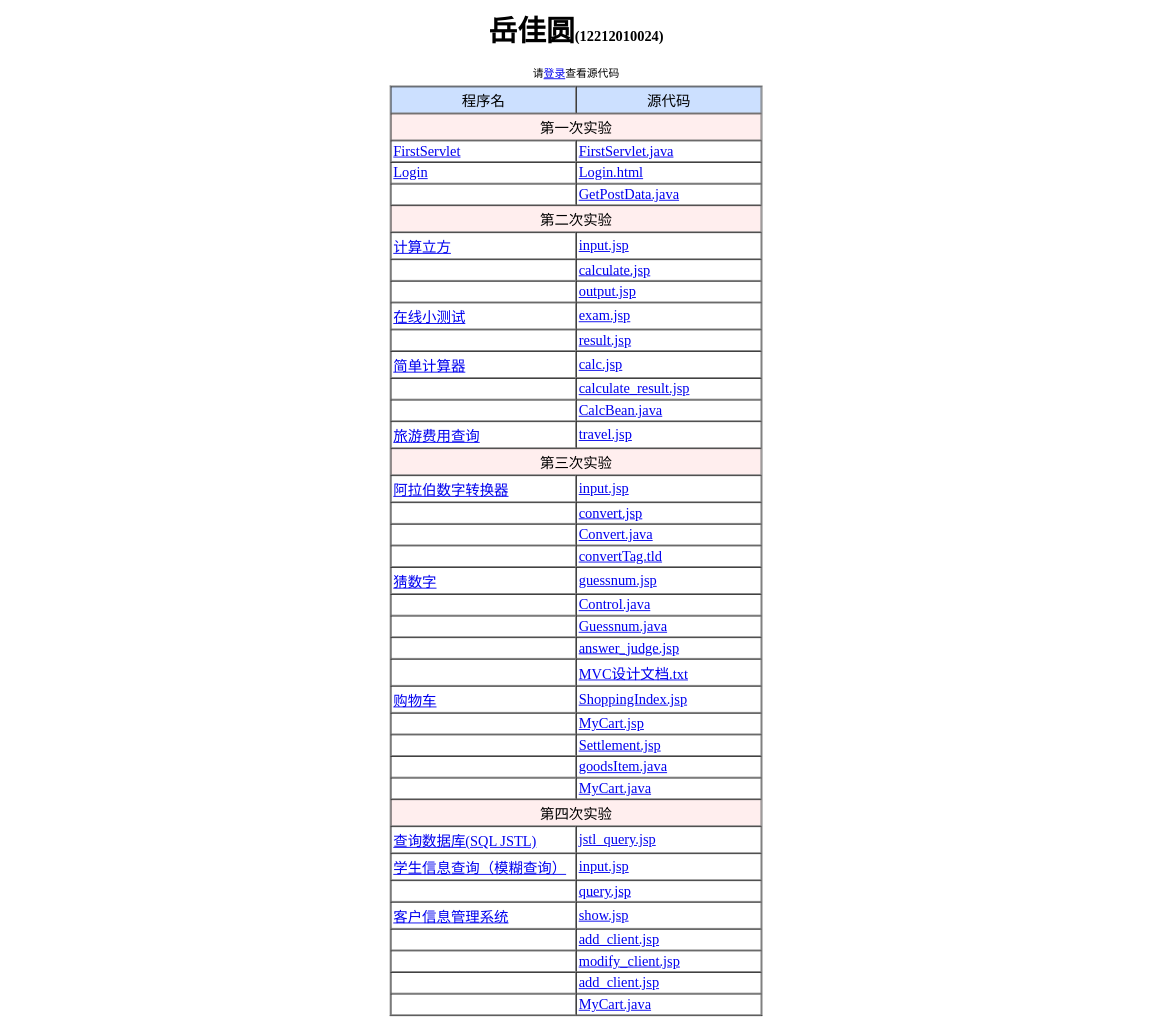
Repository: phjy007/javaee_hw
Page: http://localhost/javaweb/
The author's editor kept a copy of each file at every save. The page is drawn from the files as they stood at one save, then again after the next save.
The browser window is 1280 px wide. The pictures show the whole page, at 90% of full size.
The page is served by Tomcat 9. Other server files are loaded and not shown.

Above is the page before, as saved 2012-12-28 00:28:44.

### javaweb/WebRoot/index.jsp
<%@ page language="java" import="java.util.*" pageEncoding="GB2312"%>
<%
String path = request.getContextPath();
String basePath = request.getScheme()+"://"+request.getServerName()+":"+request.getServerPort()+path+"/";
%>

<!DOCTYPE HTML PUBLIC "-//W3C//DTD HTML 4.01 Transitional//EN">
<html>
  <head>
    <base href="<%=basePath%>">

    <title>首页：岳佳圆12212010024</title>
	<meta http-equiv="pragma" content="no-cache">
	<meta http-equiv="cache-control" content="no-cache">
	<meta http-equiv="expires" content="0">
	<meta http-equiv="keywords" content="keyword1,keyword2,keyword3">
	<meta http-equiv="description" content="This is my page">
	<!--
	<link rel="stylesheet" type="text/css" href="styles.css">
	-->
	<style type="text/css">
		.wrapper {
			width:250px;
			//border: 1px solid;
		}
		.exp_tilte {
			//text-align:left;
			color: #0066FF;
			font-size: 22px;
		}
		.source_title {
		text-align:left;
			color:  #1A94E6;
			font-size: 18px;
		}
	</style>
  </head>

  <body>
    <CENTER><FONT SIZE="6"><B>岳佳圆</B></FONT><FONT SIZE="3"><B>(12212010024)</B></FONT></CENTER><br>
  	<%
  		String username = (String)session.getAttribute("username");
  		if("jw1201024".equals(username)) {
  	%>
  	<div class="login_logout" align="center" style="font-size:12px; margin-bottom:5px;">
  		您已登录，按这里<a href="./logout.jsp">退出</a>
  	</div>

  	<%
  		} else {
  	%>
  	<div class="login_logout" align="center" style="font-size:12px; margin-bottom:5px;">
  		请<a href="./login.jsp">登录</a>查看源代码
  	</div>
  	<%
  	    }
  	%>
  	<form method=post action="">
	<table align="center" border="1" bordercolorlight="#ccaaff" cellpadding="2" bordercolordark="#ffffff" cellspacing="0">
	<tr bgcolor="#CCE0FF"><td align="center" width="200px">程序名</td><td align="center" width="200px">源代码</td></tr>
	<tr><td class="cap" colspan="2"  align="center" style="background-color:#FFEEEE">第一次实验</td></tr>
	<tr>
		<td><a href="./lab01/first">FirstServlet</a></td>
		<td><a href="./ReadScode?lab=lab01&file=FirstServlet.java">FirstServlet.java</a></td>
	</tr>
	<tr>
		<td><a href="./lab01/login.html">Login</a></td>
		<td><a href="./ReadScode?lab=lab01&file=login.html">Login.html</a></td>
	</tr>
	<tr><td>&nbsp;</td>
		<td><a href="./ReadScode?lab=lab01&file=GetPostData.java">GetPostData.java</a></td>
	</tr>
	<tr><td class="cap" colspan="2" align="center" style="background-color:#FFEEEE">第二次实验</td></tr>
	<tr>
		<td><a href="./lab02/input.jsp">计算立方</a></td>
		<td><a href="./ReadScode?lab=lab02&file=input.jsp">input.jsp</a></td>
	</tr>
	<tr><td>&nbsp;</td>
		<td><a href="./ReadScode?lab=lab02&file=calculate.jsp">calculate.jsp</a></td>
	</tr>
	<tr><td>&nbsp;</td>
		<td><a href="./ReadScode?lab=lab02&file=output.jsp">output.jsp</a></td>
	</tr>
	<tr>
		<td><a href="./lab02/exam.jsp">在线小测试</a></td>
		<td><a href="./ReadScode?lab=lab02&file=exam.jsp">exam.jsp</a></td>
	</tr>
	<tr><td>&nbsp;</td>
		<td><a href="./ReadScode?lab=lab02&file=result.jsp">result.jsp</a></td>
	</tr>
	<tr>
		<td><a href="./lab02/calc.jsp">简单计算器</a></td>
		<td><a href="./ReadScode?lab=lab02&file=calc.jsp">calc.jsp</a></td>
	</tr>
	<tr><td>&nbsp;</td>
		<td><a href="./ReadScode?lab=lab02&file=calculate_result.jsp">calculate_result.jsp</a></td>
	</tr>
	<tr><td>&nbsp;</td>
		<td><a href="./ReadScode?lab=lab02&file=CalcBean.java">CalcBean.java</a></td>
	</tr>
	<tr>
		<td><a href="./lab02/travel.jsp">旅游费用查询</a></td>
		<td><a href="./ReadScode?lab=lab02&file=travel.jsp">travel.jsp</a></td>
	</tr>

	<tr><td class="cap" colspan="2" align="center" style="background-color:#FFEEEE">第三次实验</td></tr>
	<tr>
		<td><a href="./lab03/input.jsp">阿拉伯数字转换器</a></td>
		<td><a href="./ReadScode?lab=lab03&file=input.jsp">input.jsp</a></td>
	</tr>
	<tr><td>&nbsp;</td>
		<td><a href="./ReadScode?lab=lab03&file=convert.jsp">convert.jsp</a></td>
	</tr>
	<tr><td>&nbsp;</td>
		<td><a href="./ReadScode?lab=lab03&file=Convert.java">Convert.java</a></td>
	</tr>
	<tr><td>&nbsp;</td>
		<td><a href="./ReadScode?lab=lab03&file=convertTag.tld">convertTag.tld</a></td>
	</tr>
	<tr>
		<td><a href="./lab03/guessnum.jsp">猜数字</a></td>
		<td><a href="./ReadScode?lab=lab03&file=guessnum.jsp">guessnum.jsp</a></td>
	</tr>
	<tr><td>&nbsp;</td>
		<td><a href="./ReadScode?lab=lab03&file=Control.java">Control.java</a></td>
	</tr>
	<tr><td>&nbsp;</td>
		<td><a href="./ReadScode?lab=lab03&file=Guessnum.java">Guessnum.java</a></td>
	</tr>
	<tr><td>&nbsp;</td>
		<td><a href="./ReadScode?lab=lab03&file=answer_judge.jsp">answer_judge.jsp</a></td>
	</tr>
	<tr><td>&nbsp;</td>
		<td><a href="./ReadScode?lab=lab03&file=MVC Design Report.txt">MVC设计文档.txt</a></td>
	</tr>

	<tr>
		<td><a href="./lab03/ShoppingIndex.jsp">购物车</a></td>
		<td><a href="./ReadScode?lab=lab03&file=ShoppingIndex.jsp">ShoppingIndex.jsp</a></td>
	</tr>
	<tr><td>&nbsp;</td>
		<td><a href="./ReadScode?lab=lab03&file=MyCart.jsp">MyCart.jsp</a></td>
	</tr>
	<tr><td>&nbsp;</td>
		<td><a href="./ReadScode?lab=lab03&file=Settlement.jsp">Settlement.jsp</a></td>
	</tr>
	<tr><td>&nbsp;</td>
		<td><a href="./ReadScode?lab=lab03&file=goodsItem.java">goodsItem.java</a></td>
	</tr>
	<tr><td>&nbsp;</td>
		<td><a href="./ReadScode?lab=lab03&file=MyCart.java">MyCart.java</a></td>
	</tr>


	<tr><td class="cap" colspan="2" align="center" style="background-color:#FFEEEE">第四次实验</td></tr>
	<tr>
		<td><a href="./lab04/jstl_query.jsp">查询数据库(SQL JSTL)</a></td>
		<td><a href="./ReadScode?lab=lab04&file=jstl_query.jsp">jstl_query.jsp</a></td>
	</tr>
	<tr>
		<td><a href="./lab04/input.jsp">学生信息查询（模糊查询）</a></td>
		<td><a href="./ReadScode?lab=lab04&file=input.jsp">input.jsp</a></td>
	</tr>
	<tr><td>&nbsp;</td>
		<td><a href="./ReadScode?lab=lab04&file=query.jsp">query.jsp</a></td>
	</tr>
	<tr>
		<td><a href="./lab04/show.jsp">客户信息管理系统</a></td>
		<td><a href="./ReadScode?lab=lab04&file=show.jsp">show.jsp</a></td>
	</tr>
	<tr><td>&nbsp;</td>
		<td><a href="./ReadScode?lab=lab04&file=add_client.jsp">add_client.jsp</a></td>
	</tr>
	<tr><td>&nbsp;</td>
		<td><a href="./ReadScode?lab=lab04&file=modify_client.jsp">modify_client.jsp</a></td>
	</tr>
	<tr><td>&nbsp;</td>
		<td><a href="./ReadScode?lab=lab04&file=add_client.jsp">add_client.jsp</a></td>
	</tr>
	<tr><td>&nbsp;</td>
		<td><a href="./ReadScode?lab=lab04&file=MyCart.java">MyCart.java</a></td>
	</tr>

	</table>
  </form>

  </body>
</html>

After the next save:
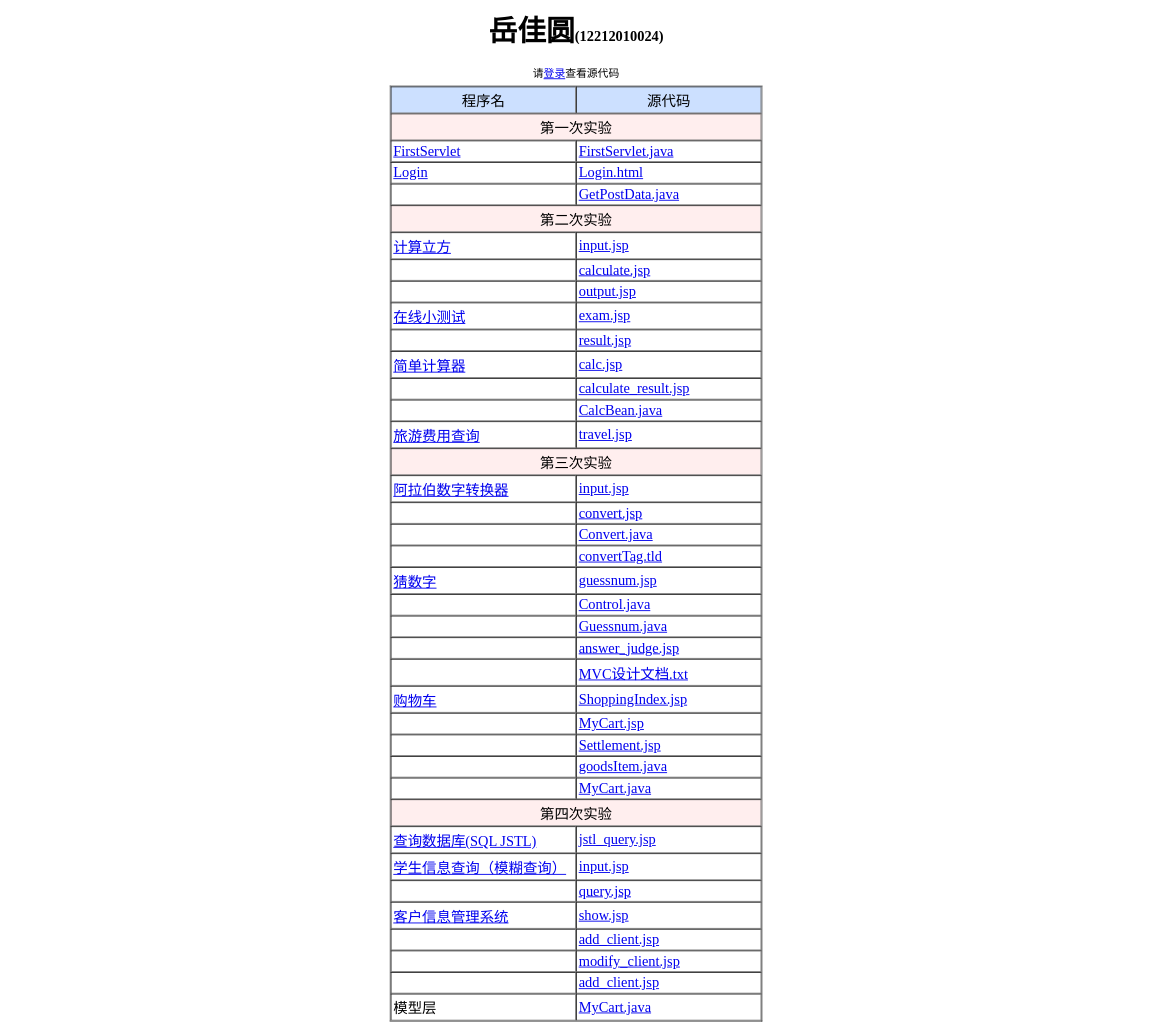
Saved 5 s later.
--- a/javaweb/WebRoot/index.jsp
+++ b/javaweb/WebRoot/index.jsp
@@ -177,7 +177,7 @@ String basePath = request.getScheme()+"://"+request.getServerName()+":"+request.
 	<tr><td>&nbsp;</td>
 		<td><a href="./ReadScode?lab=lab04&file=add_client.jsp">add_client.jsp</a></td>
 	</tr>
-	<tr><td>&nbsp;</td>
+	<tr><td>模型层</td>
 		<td><a href="./ReadScode?lab=lab04&file=MyCart.java">MyCart.java</a></td>
 	</tr>
 
